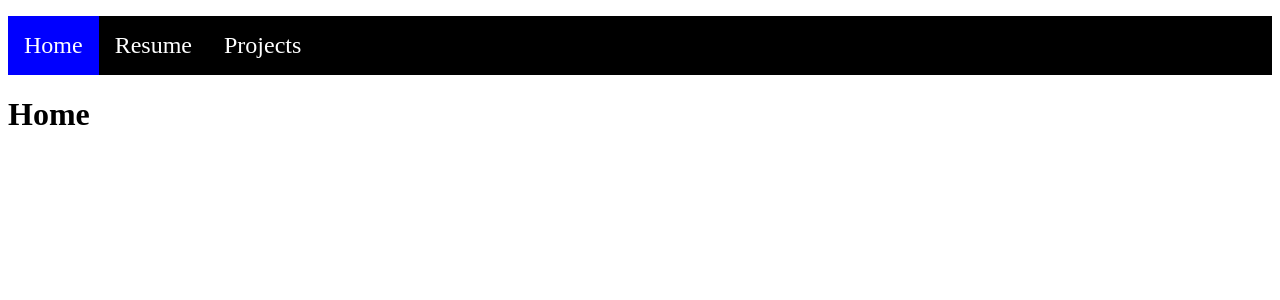
Repository: br4y/br4y.github.io
Page: class_site/test.html
The author's editor kept a record of every edit. The page is drawn from the files as they stood at one moment, then again after the next edit.
The browser window is 1280 px wide. The pictures show the whole page.

Above is the page before.

### class_site/test.html
<!DOCTYPE html>
<html>
  <head>
    <link rel="stylesheet" type="text/css" href="/class_site/style.css">

    <title>Home</title>

  </head>

  <body>

    <ul class="navbar">
      <li class="active"><a href="test.html">Home</a></li>
      <li><a href="resume.html">Resume</a></li>
      <li class = "dropdown">
        <div>Projects</div>
        <ul class="dropdown-content">
          <li><a href="#">Project 1</a></li>
          <li><a href="#">Project 2</a></li>
          <li><a href="#">Project 3</a></li>
        </ul>
      </li>

    </ul>

    <h1>Home</h1>

  </body>
</html>

### class_site/style.css
        .active {
          background-color:blue;
        }

        .navbar{
          list-style: none;
          background-color: black;
          overflow: hidden;
          padding: 0;
        }

        .navbar a, .dropdown div{
          text-decoration: none;
          color: white;
          font-size: 24px;
          padding: 16px;
          display: inline-block;
        }
        .navbar li{
          float: left;
        }

        .navbar li:hover{
          background-color: Coral;
        }

        .dropdown-content{
          list-style: none;
          padding: 0;
          display: none;
          width:145px;
          background-color:black;
          position:absolute;
          z-index:1;
        }

        .dropdown-content li{
          float:none;
        }

        .dropdown:hover .dropdown-content{
          display: block;
        }

After the next edit:
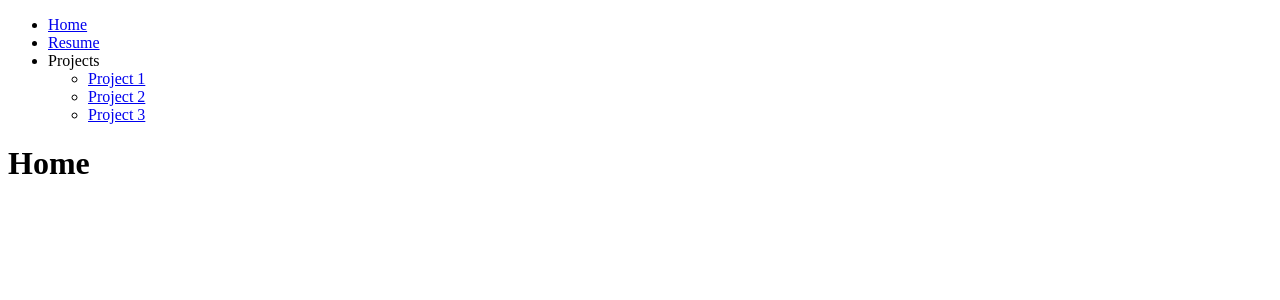
The edit:
--- a/class_site/test.html
+++ b/class_site/test.html
@@ -1,7 +1,7 @@
 <!DOCTYPE html>
 <html>
   <head>
-    <link rel="stylesheet" type="text/css" href="/class_site/style.css">
+    <link href="style.css" rel="style" type="text/css">
 
     <title>Home</title>
 
